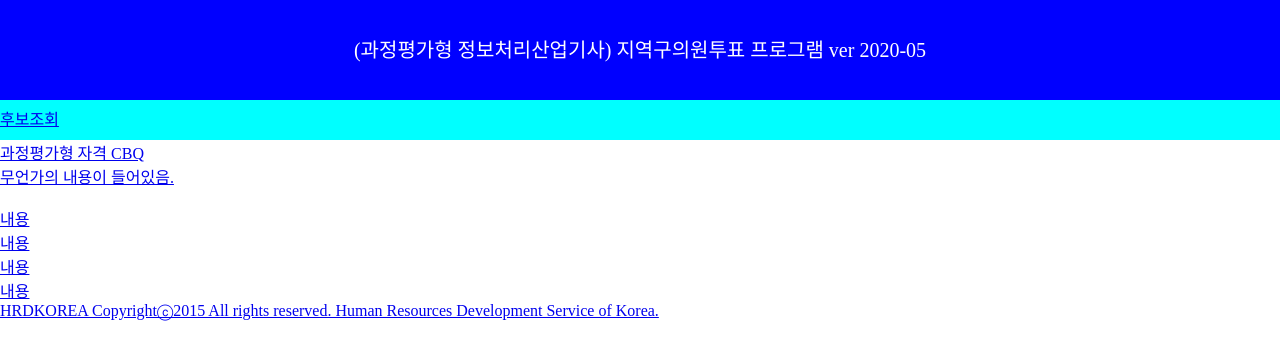
Repository: kayeunae/mvc-pattern
Page: http://localhost/VOTE_1234/
The author's editor kept a copy of each file at every save. The page is drawn from the files as they stood at one save, then again after the next save.
The browser window is 1280 px wide. The pictures show the whole page.
The page is served by Tomcat 9.

Above is the page before, as saved 2022-12-21 05:06:49.

After the next save:
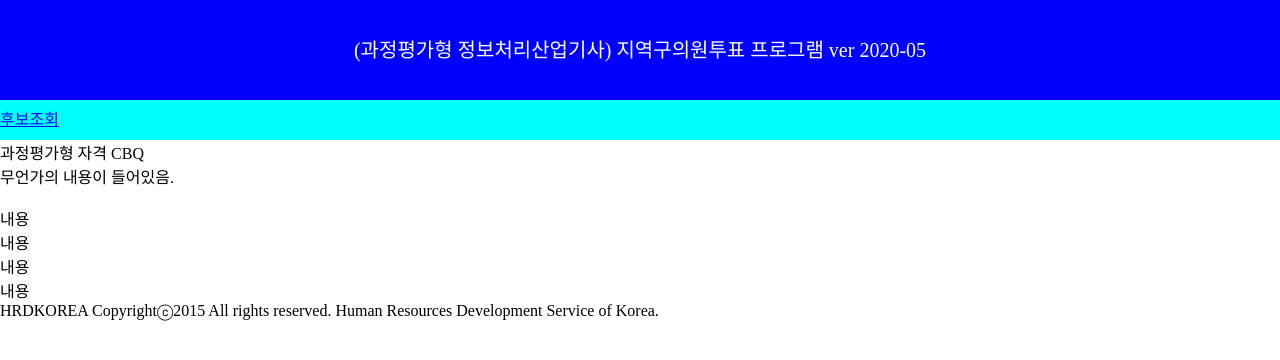
Saved 32 s later.
--- a/VOTE_1234/src/main/webapp/topmenu.jsp
+++ b/VOTE_1234/src/main/webapp/topmenu.jsp
@@ -10,11 +10,11 @@
 	<header>(과정평가형 정보처리산업기사) 지역구의원투표 프로그램 ver 2020-05</header>
 	<nav>
 		<ul>
-			<li><a href="member"/>후보조회</li>
-			<li><a href="vote"/>투표하기</li>
-			<li><a href="view"/>투표검수조회</li>
-			<li><a href="result"/>후보자등수</li>
-			<li><a href="home"/>홈으로</li>
+			<li><a href="member">후보조회</a></li>
+			<li><a href="vote">투표하기</a></li>
+			<li><a href="view">투표검수조회</a></li>
+			<li><a href="result">후보자등수</a></li>
+			<li><a href="home">홈으로</a></li>
 		</ul>
 	</nav>
 </body>
